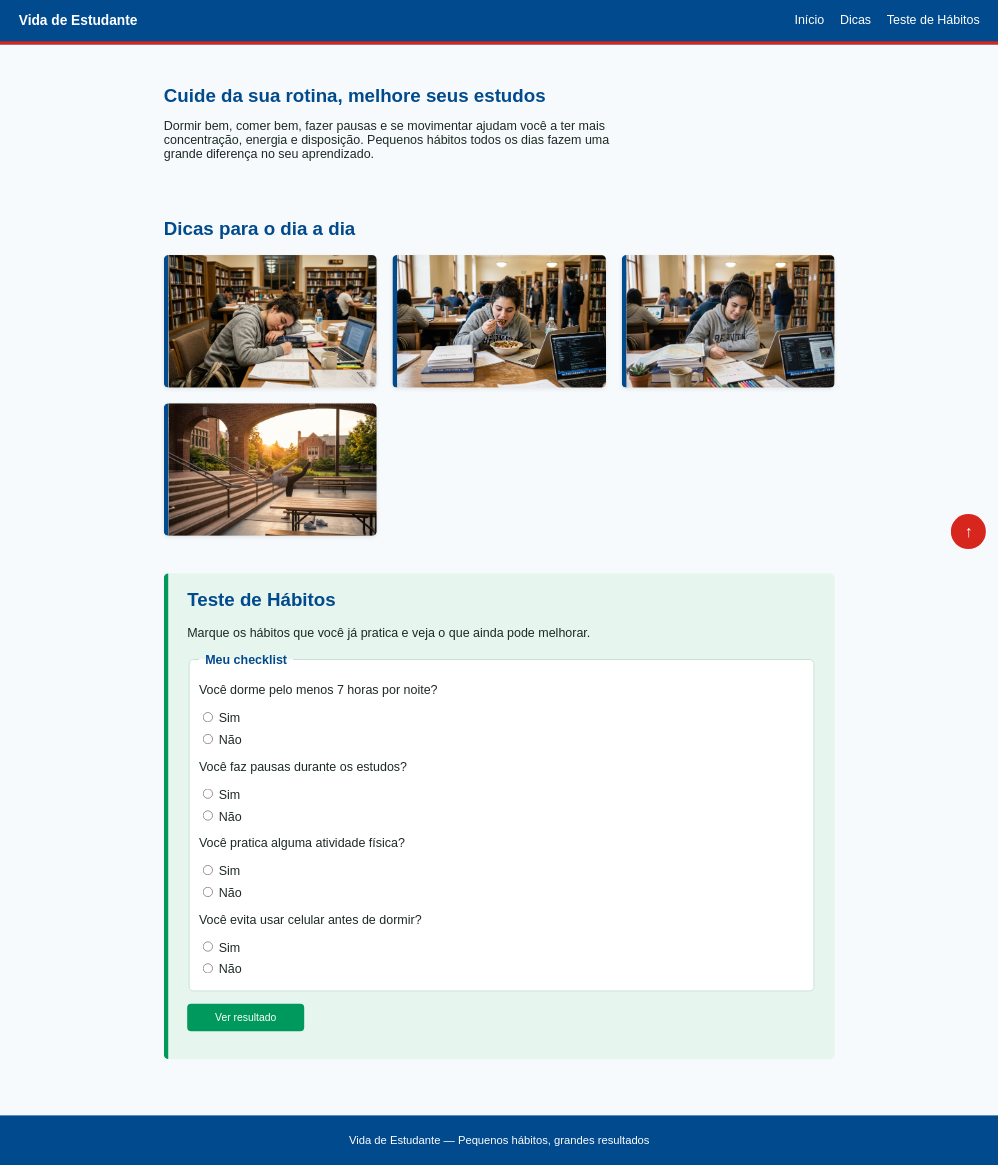
Repository: antonymsantana-design/healf-student
Page: index.html
These files come from the project's save history. The page is drawn as it stood at one moment and after a run of saves; the edit follows.
The browser window is 1280 px wide. The pictures show the whole page, at 78% of full size.

Above is the page before, as saved 2026-10-12 22:33:15.

### index.html
<!doctype html>
<html lang="pt-BR">
  <head>
    <meta charset="UTF-8" />
    <meta name="viewport" content="width=device-width, initial-scale=1" />
    <title>Vida de Estudante: Guia de Hábitos Saudáveis</title>
    <link rel="stylesheet" href="style.css" />
    <script src="script.js" defer></script>
  </head>

  <body>
    <header>
      <nav>
        <span class="logo">Vida de Estudante</span>
        <a href="#inicio">Início</a>
        <a href="#dicas">Dicas</a>
        <a href="#teste">Teste de Hábitos</a>
      </nav>
    </header>

    <main>
      <section id="inicio" class="abertura">
        <div class="abertura-texto">
          <h1>Cuide da sua rotina, melhore seus estudos</h1>
          <p class="intro">
            Dormir bem, comer bem, fazer pausas e se movimentar ajudam você a
            ter mais concentração, energia e disposição. Pequenos hábitos todos
            os dias fazem uma grande diferença no seu aprendizado.
          </p>
        </div>
      </section>

      <section id="dicas">
        <h2>Dicas para o dia a dia</h2>
        <div class="cards" id="cards"></div>
      </section>

      <section id="teste" class="projeto">
        <h2>Teste de Hábitos</h2>
        <p>
          Marque os hábitos que você já pratica e veja o que ainda pode
          melhorar.
        </p>

        <form>

          <fieldset>
            <legend>Meu checklist</legend>

            <p>Você dorme pelo menos 7 horas por noite?</p>
            <label> <input type="radio" name="drm" value="sim" /> Sim </label>
            <label> <input type="radio" name="drm" value="não" /> Não </label>

            <p>Você faz pausas durante os estudos?</p>
            <label> <input type="radio" name="ps" value="sim" /> Sim </label>
            <label> <input type="radio" name="ps" value="não" /> Não </label>

            <p>Você pratica alguma atividade física?</p>
            <label> <input type="radio" name="fs" value="sim" /> Sim </label>
            <label> <input type="radio" name="fs" value="não" /> Não </label>

            <p>Você evita usar celular antes de dormir?</p>
            <label> <input type="radio" name="cl" value="sim" /> Sim </label>
            <label> <input type="radio" name="cl" value="não" /> Não </label>
          </fieldset>


          <button id="btn" class="btn"></button>
        </form>
        <p id="a"></p>
      </section>
    </main>

    <a href="#inicio" class="topo" aria-label="Voltar ao topo">↑</a>

    <footer>Vida de Estudante — Pequenos hábitos, grandes resultados</footer>
  </body>
</html>

### style.css
* {
    box-sizing: border-box;
    scroll-behavior: smooth;
}

body {
    margin: 0;
    font-family: Arial, Helvetica, sans-serif, cursive;
    color: #1d2a22;
    background: #f7fafc;
}

header {
    background: #004a8d;
    color: #fff;
    padding: 1rem 1.5rem;
    border-bottom: 4px solid #d7261e;;
    top: 0;
}

nav {
    display: flex;
    gap: 1.25rem;
    flex-wrap: wrap;
    align-items: center;
}

.logo {
    font-weight: bold;
    font-size: 1.1rem;
    margin-right: auto;
}

nav a {
    color: #fff;
    text-decoration: none;
    padding-bottom: 2px;
}

nav a:hover {
    font-weight: bold;
    border-bottom: 2px solid #fff;
    transform: translateY(-2px);
    transition: 0.2s;
}

main {
    max-width: 900px;
    margin: 0 auto;
    padding: 2rem 1.25rem 3rem;
}

h1 {
    color: #004a8d;
    margin-bottom: .25rem;
}

h2 {
    color: #004a8d;
}

.abertura {
    display: flex;
    align-items: center;
    gap: 2rem;
    margin-bottom: 3rem;
}

.abertura-texto {
    flex: 1;
}

.intro {
    max-width: 65ch;
    margin-bottom: 1.5rem;
}

.btn{
    width: 150px;
    height: 35px;
    border-radius: 5px;
    color: white;
    background-color: #00995d;
    border: none;
    transition: 0.3s ease;
}

.btn:hover{
    transform:translateY(-1px);
}

.ilustracao {
    width: 220px;
}

.botao {
    display: inline-block;
    background: #00995d;
    color: #fff;
    border: none;
    border-radius: 6px;
    padding: .7rem 1.2rem;
    font-size: 1rem;
    cursor: pointer;
}

.botao:hover {
    background: #004a8d;
    transition: 0.2s;
}

.cards {
    display: grid;
    grid-template-columns: repeat(auto-fit, minmax(250px, 1fr));
    gap: 1.25rem;
    margin-bottom: 3rem;
}

.card {
    background: #fff;
    border-left: 6px solid #004a8d;
    border-radius: 6px;
    padding: 1.25rem 1.5rem;
    box-shadow: 0 2px 6px rgba(0, 0, 0, 0.08);
    transition: transform 0.2s, box-shadow 0.2s;
    height: 170px;

}


.card:hover {
    background-image: none !important;
    background-color: #e6f5ee !important;
    transform: translateY(-6px);
    box-shadow: 0 8px 16px rgba(0, 0, 0, 0.15);
    color: #1d2a22;
}

.card:hover h3,
.card:hover p {
    opacity: 1;
}

.card h3 {
    margin: .5rem 0 .25rem;
    color: #004a8d;
    opacity: 0;
    transition: opacity 0.2s;
}

.card p {
    opacity: 0;
    margin: 0;
    line-height: 1.4;
    transition: opacity 0.2s;
}

.icone {
    font-size: 2rem;
}

.projeto {
    background: #e6f5ee;
    border-left: 6px solid #00995d;
    border-radius: 6px;
    padding: 1.25rem 1.5rem;
    margin-bottom: 1.5rem;
}

.projeto h2 {
    margin-top: 0;
}

.projeto h3 {
    margin-bottom: .25rem;
    font-size: 1rem;
}

.projeto ul {
    margin-top: 0;
    padding-left: 1.2rem;
}

fieldset {
    border: 1px solid #b6d9c7;
    border-radius: 6px;
    margin-bottom: 1rem;
    background: #fff;
}

legend {
    font-weight: bold;
    color: #004a8d;
    padding: 0 .5rem;
}

fieldset label {
    display: block;
    margin: .5rem 0;
    cursor: pointer;
}

.topo {
    position: fixed;
    right: 1rem;
    bottom: 1rem;
    background: #d7261e;
    color: #fff;
    text-decoration: none;
    width: 2.8rem;
    height: 2.8rem;
    border-radius: 50%;
    display: flex;
    align-items: center;
    justify-content: center;
    font-size: 1.3rem;
}

footer {
    text-align: center;
    padding: 1.5rem;
    font-size: .9rem;
    color: #fff;
    background: #004a8d;
}

@media (max-width: 600px) {
    .abertura {
        flex-direction: column-reverse;
        text-align: center;
    }

    .ilustracao {
        width: 160px;
    }

    nav {
        gap: .75rem;
    }

    .logo {
        width: 100%;
    }

}

### script.js
const titleCard = ["Sono", "Alimentação", "Estudos", "Atividade Fisica"];
const pTitleCard = [
  "Dormir de 7 a 9 horas melhora a concentração e a memória.",
  "Uma alimentação saudável ajuda a manter o corpo e a mente em equilíbrio.",
  "Estabelecer uma rotina de estudos aumenta a produtividade e o aprendizado.",
  "Praticar atividade física regularmente melhora a saúde mental e física.",
];

const crdImage = [
  "./images/dormir.jpg",
  "./images/comer.jpg",
  "./images/estudar.jpg",
  "./images/exercicio.jpg",
];

const cardArea = document.getElementById("cards");

function createCard() {
  for (let i = 0; i < pTitleCard.length; i++) {
    cardArea.innerHTML += `<article class="card sono" id="card"  style="background-image: url('${crdImage[i]}'); background-size: cover; background-position: center;">
                    <h3 id="TC">${titleCard[i]}</h3>
                    <p id="PTC">${pTitleCard[i]}</p>
                </article>`;
  }
}

createCard();

const btn = document.getElementById("btn");
const a = document.getElementById("a");

btn.innerHTML = "Ver resultado";
btn.addEventListener("click", function (event) {
  event.preventDefault();
  const drm = document.querySelector('input[name="drm"]:checked');
  const ps = document.querySelector('input[name="ps"]:checked');
  const fs = document.querySelector('input[name="fs"]:checked');
  const cl = document.querySelector('input[name="cl"]:checked');
  if (drm == null || ps == null || fs == null || cl == null) {
    a.innerHTML = "Responda todas as perguntas!";
  } else if (
    drm.value == "sim" &&
    ps.value == "sim" &&
    fs.value == "sim" &&
    cl.value == "sim"
  ) {
    a.innerHTML = "Parabéns! Seus hábitos estão bons!";
  } else {
    a.innerHTML = "Você precisa melhorar alguns hábitos!";
  }
});

After the next 3 saves:
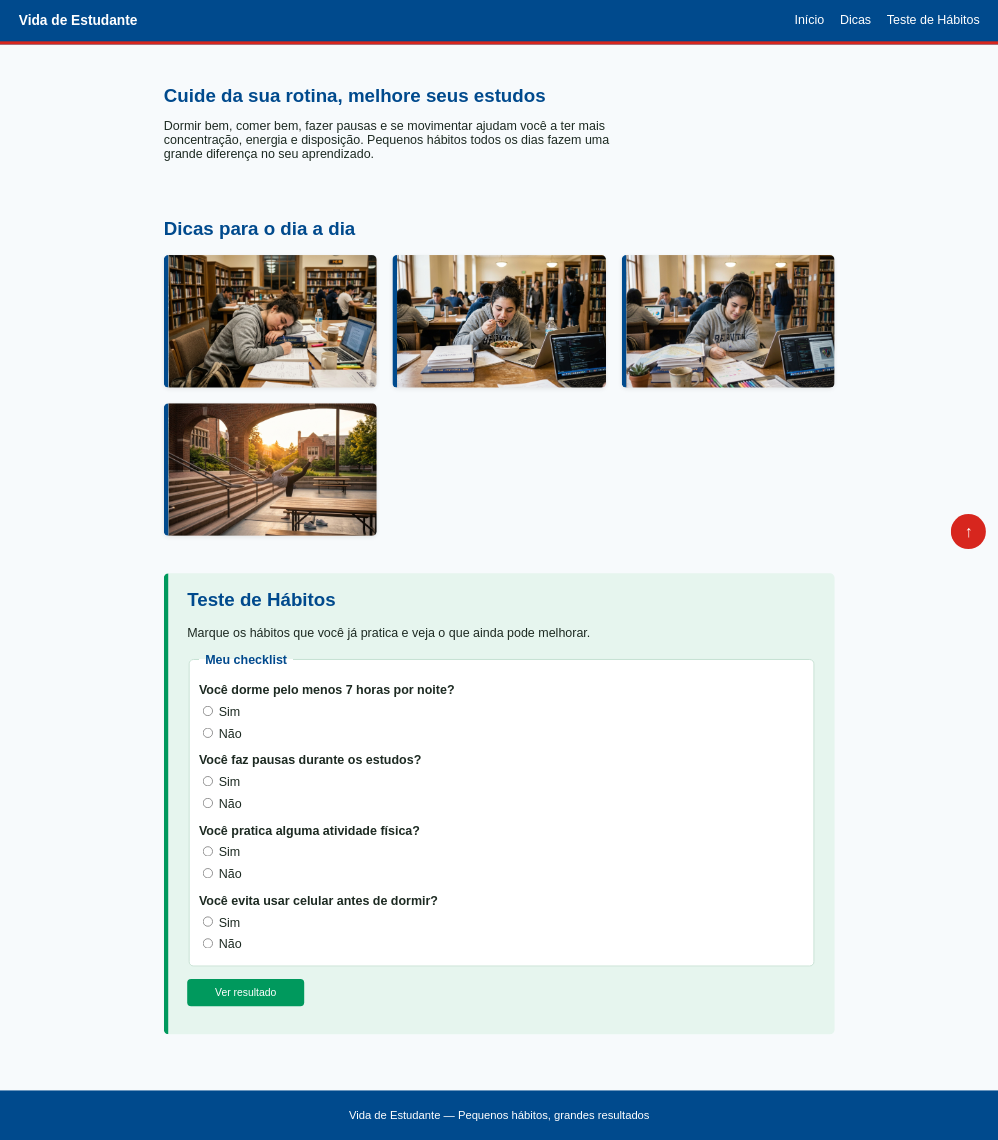
The 3 saves are shown as one change because they came seconds apart.
The last was saved 46 s later.
--- a/style.css
+++ b/style.css
@@ -109,6 +109,23 @@ h2 {
     transition: 0.2s;
 }
 
+fieldset p {
+    margin-bottom: 8px;
+    font-weight: bold;
+}
+
+fieldset label {
+    display: inline-flex;
+    align-items: center;
+    gap: 5px;
+    margin: 0 15px 15px 0;
+    cursor: pointer;
+}
+
+fieldset input {
+    cursor: pointer;
+}
+
 .cards {
     display: grid;
     grid-template-columns: repeat(auto-fit, minmax(250px, 1fr));
